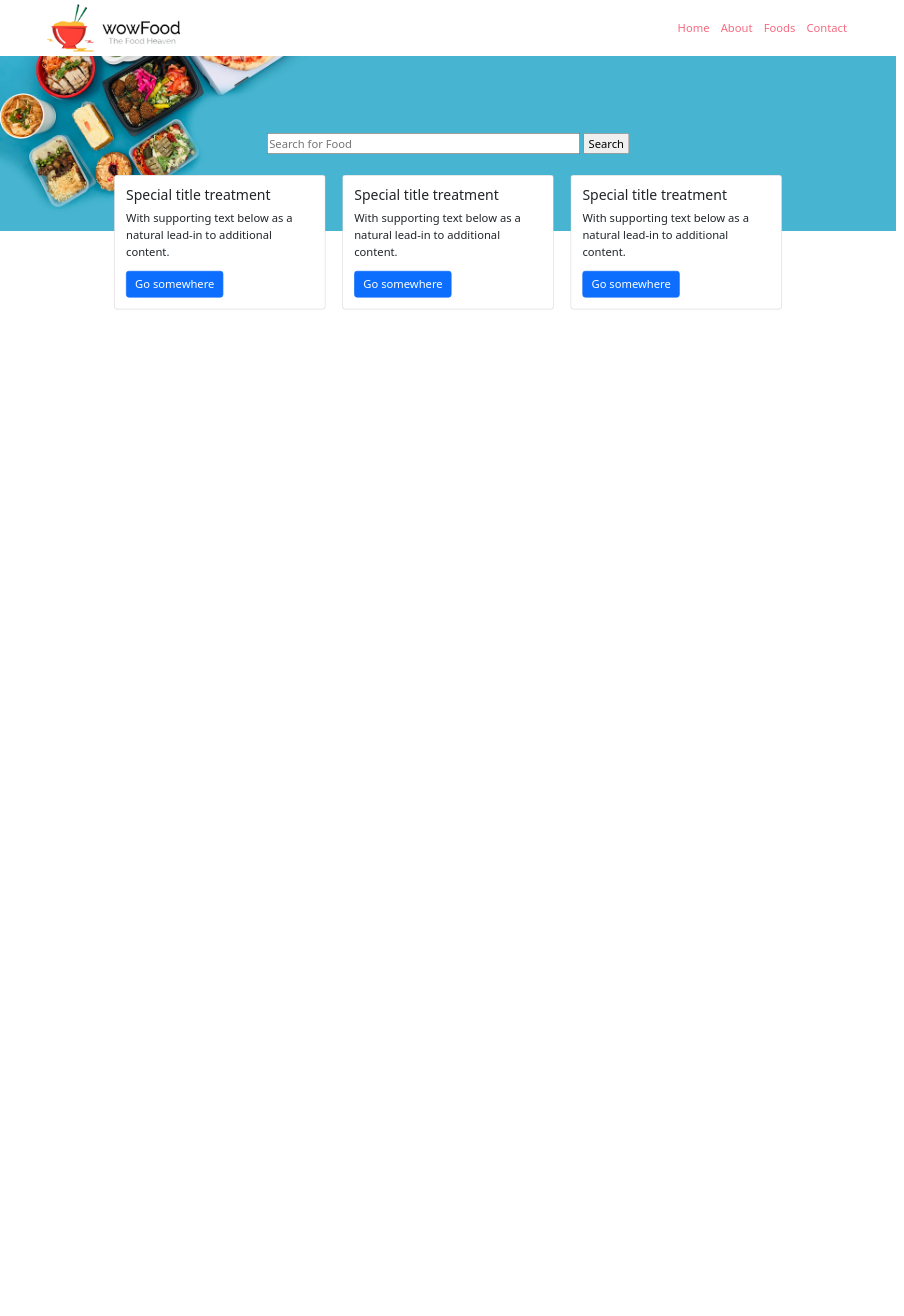
Repository: ruaruababa/RestaurantBS5
Page: html/index.html
An editor plug-in stored every save of this project. The page is shown before and after the next save, followed by the edit.
The browser window is 1280 px wide. The page is 1292 px wide, so the pictures cover 1292 px, including what lies to the right of the window. The pictures show the part of the page from y = 0 to 1880 px (the page is 3000 px tall), at 70% of full size.

Above is the page before, as saved 2021-09-25 17:05:56.

After the next save:
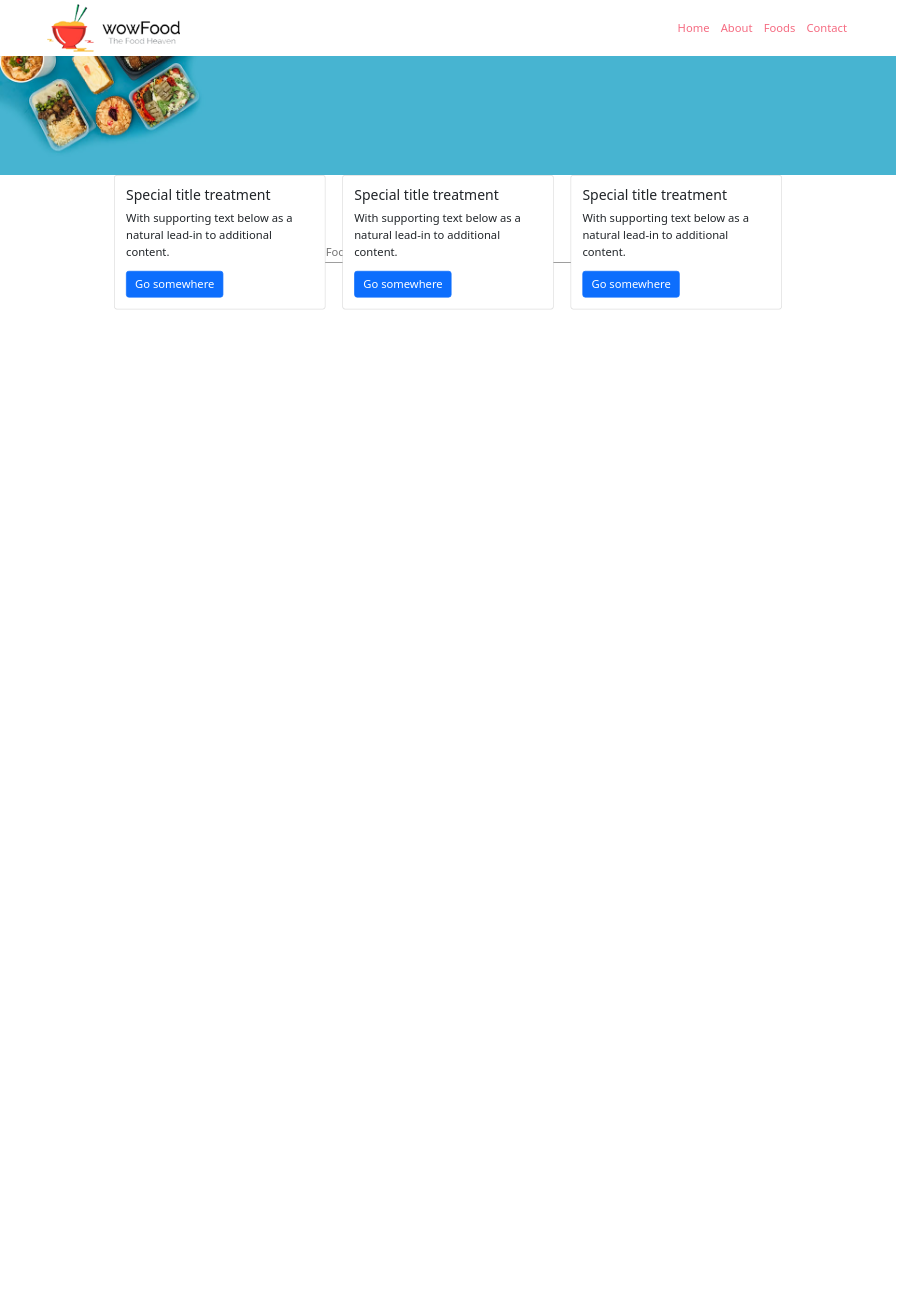
Saved 19 s later.
--- a/html/index.html
+++ b/html/index.html
@@ -45,7 +45,7 @@
     <!-- End navbar -->
 
     <section style="position: relavtive; top: 80px;">
-        <div class="container-section" style=" position: relative; top: 80px;">
+        <div class="container-section" style="">
             <img src="/img/bg.jpg" class="img-fluid" alt="Responsive image"
                 style="height:250px; width:100%; object-fit: cover;">
             <form action="" class="form-search"

After the save that followed:
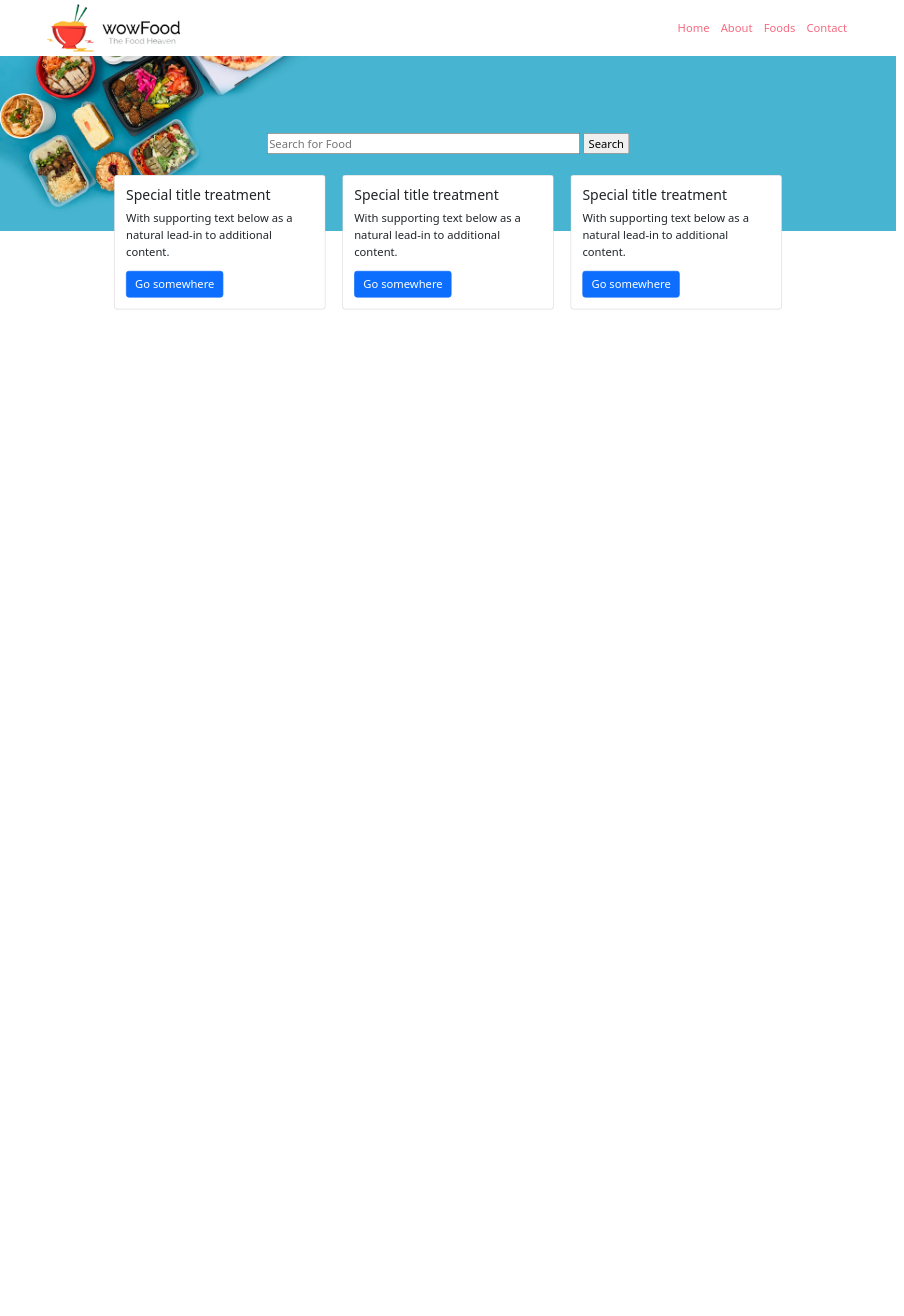
Saved 28 s later.
--- a/html/index.html
+++ b/html/index.html
@@ -44,7 +44,7 @@
 
     <!-- End navbar -->
 
-    <section style="position: relavtive; top: 80px;">
+    <section style="position: relative; top: 80px;">
         <div class="container-section" style="">
             <img src="/img/bg.jpg" class="img-fluid" alt="Responsive image"
                 style="height:250px; width:100%; object-fit: cover;">
